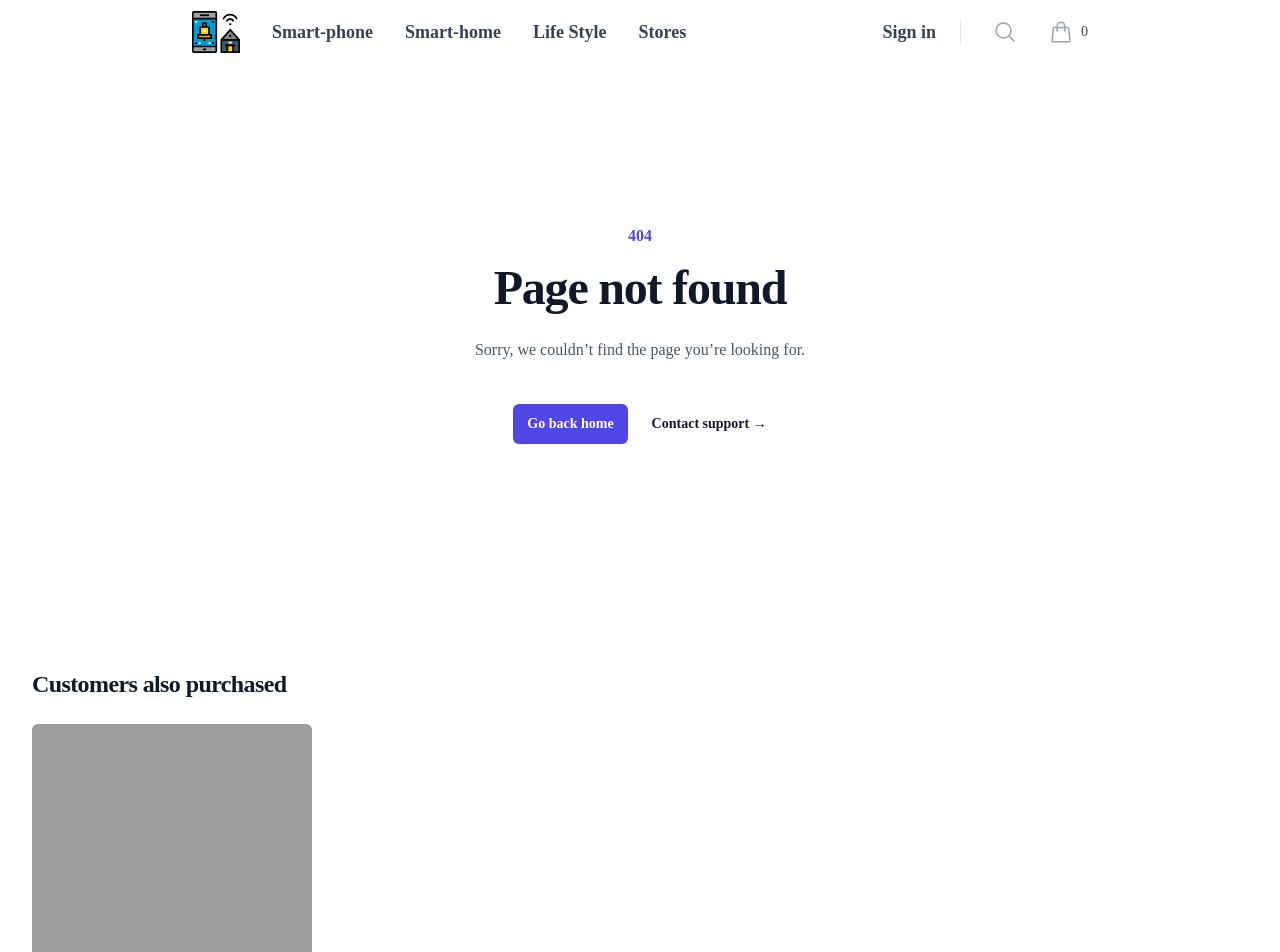
Repository: Gunplay/Smart-Home
Page: /
These files come from the project's save history. The page is drawn as it stood at one moment and after the next save; the edit follows.
The browser window is 1280 px wide. The pictures show the part of the page from y = 0 to 952 px (the page is 1816 px tall before and 1856 px after).
Pictures or frames that could not be fetched are drawn as grey boxes. The project was rebuilt for these pictures with package versions that can differ from the ones it lists, and the page was loaded fresh each time. Also part of the build but not shown: vite.config.js, vite.config.ts.

Above is the page before, as saved 2024-06-25 12:58:01.

After the next save:
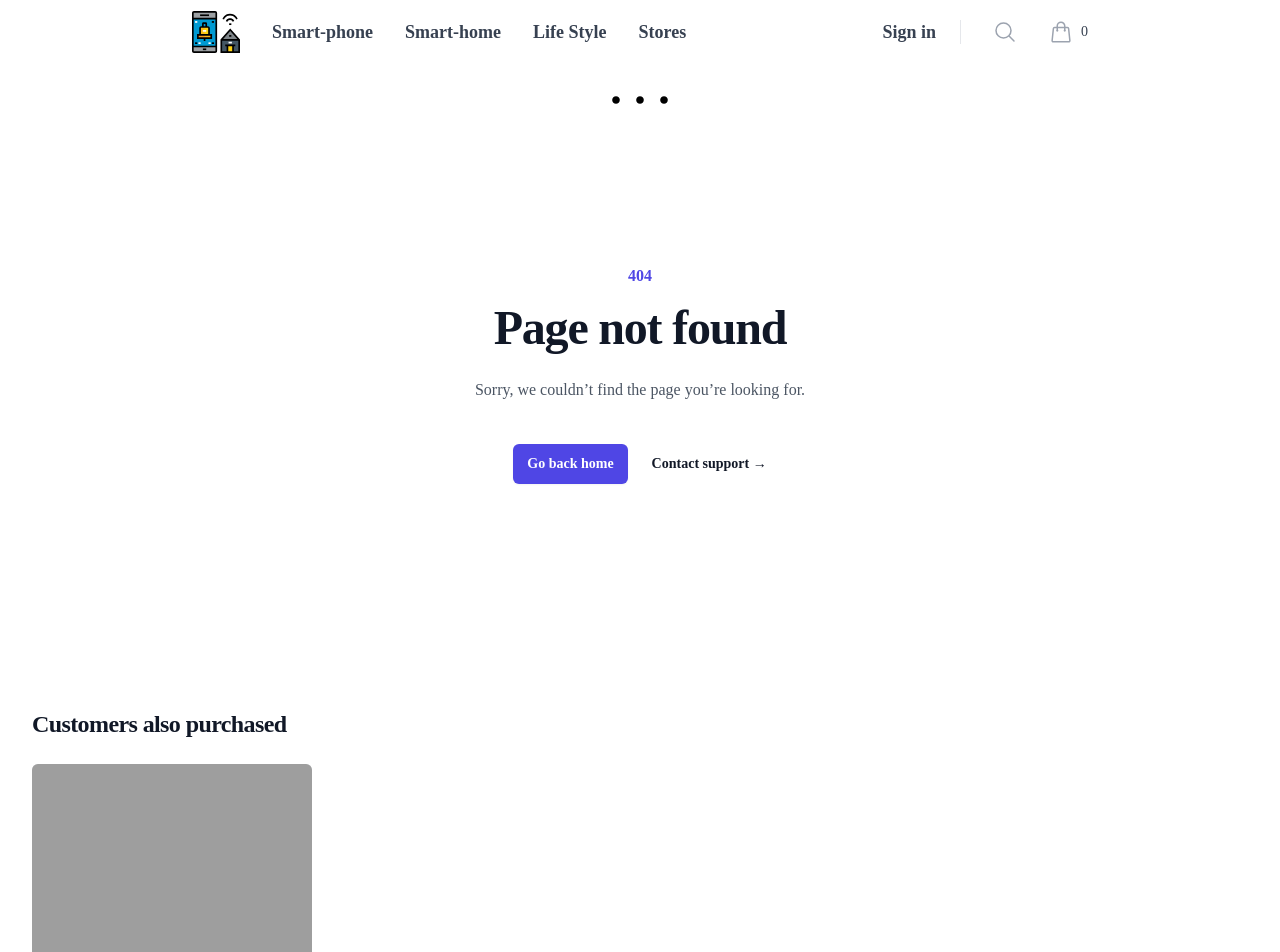
Saved 7 s later.
--- a/src/components/Carousel/index.tsx
+++ b/src/components/Carousel/index.tsx
@@ -49,7 +49,7 @@
 			<div className='hidden group-hover:block absolute top-[50%] translate-y-[-50%] right-5 text-2xl rounded-full p-2 bg-black/20 text-white cursor-pointer'>
 				<BsChevronCompactRight size={30} onClick={nextSlide} />
 			</div>
-			<div className='flex bottom-4 justify-center m-auto py-2 absolute'>
+			<div className='flex bottom-4 justify-center m-auto py-2'>
 				{slides.map((slide, slideIndex) => (
 					<div
 						key={slideIndex}

After the save that followed:
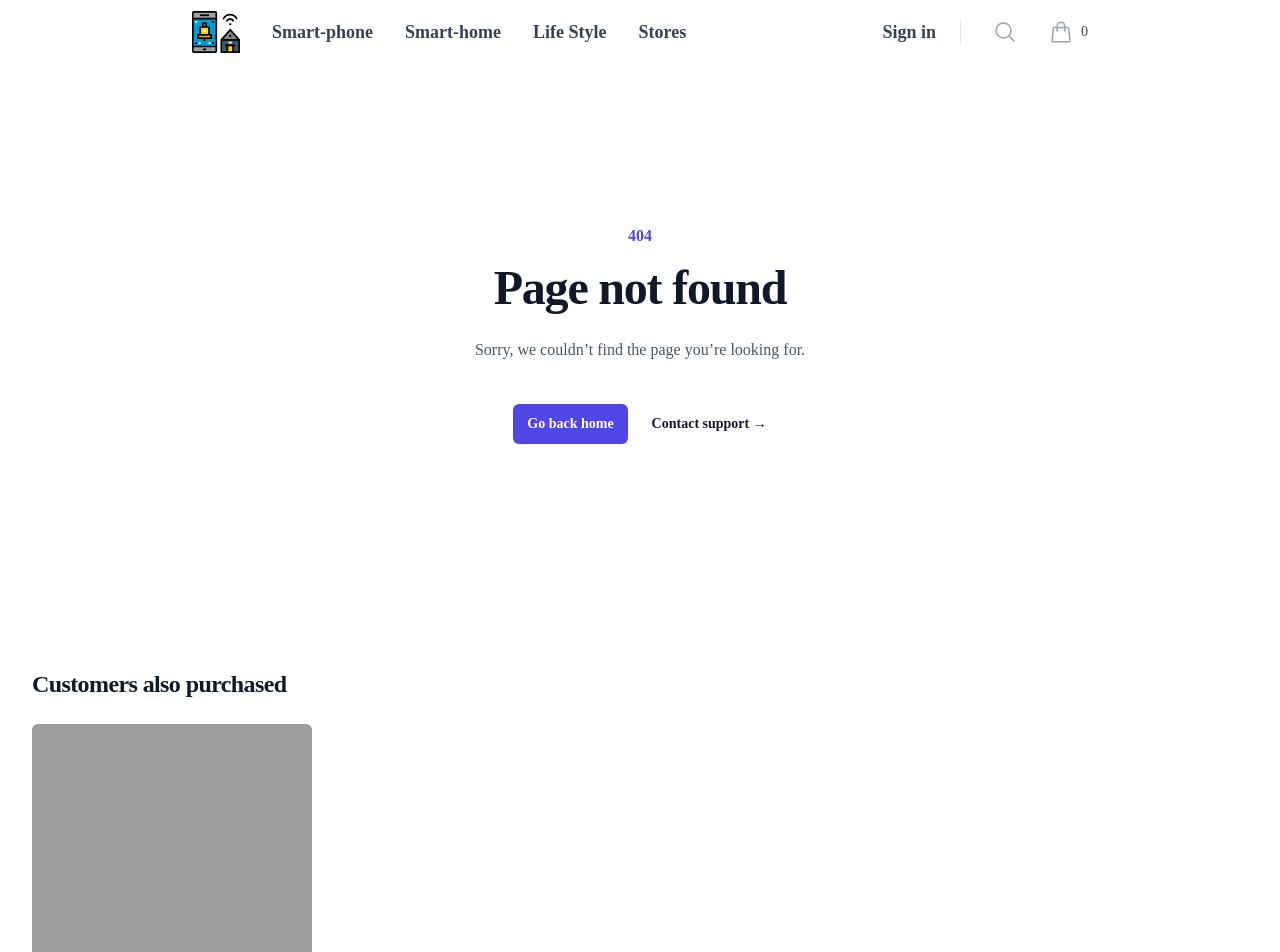
Saved 10 s later.
--- a/src/components/Carousel/index.tsx
+++ b/src/components/Carousel/index.tsx
@@ -49,7 +49,7 @@
 			<div className='hidden group-hover:block absolute top-[50%] translate-y-[-50%] right-5 text-2xl rounded-full p-2 bg-black/20 text-white cursor-pointer'>
 				<BsChevronCompactRight size={30} onClick={nextSlide} />
 			</div>
-			<div className='flex bottom-4 justify-center m-auto py-2'>
+			<div className='flex bottom-4 justify-center m-auto py-2 absolute'>
 				{slides.map((slide, slideIndex) => (
 					<div
 						key={slideIndex}
